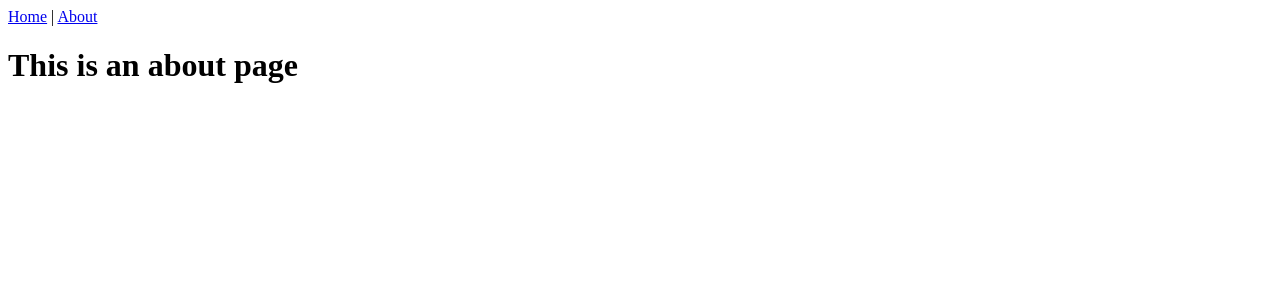
Repository: MDZZ-LBJ/vue-router
Page: /about
The author's editor kept a copy of each file at every save. The page is drawn from the files as they stood at one save, then again after the next save.
The browser window is 1280 px wide. The pictures show the whole page.
The project was rebuilt for these pictures with package versions that can differ from the ones it lists, and the page was loaded fresh each time. Also part of the build but not shown: src/views/Home.vue, src/router/index.js.

Above is the page before, as saved 2020-12-14 09:59:27.

### src/App.vue
<template>
  <div id="app">
    <div id="nav">
      <router-link to="/">Home</router-link> |
      <router-link to="/about">About</router-link>
    </div>
    <router-view/>
  </div>
</template>

### src/views/About.vue
<template>
  <div class="about">
    <h1>This is an about page</h1>
    <router-link to="/abo"></router-link>
  </div>
</template>

Loaded but not shown: public/index.html (common file); src/main.js (common file)

After the next save:
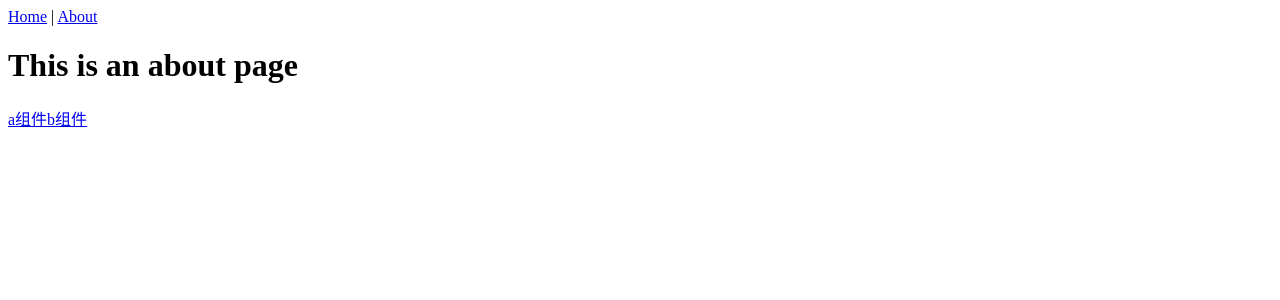
Saved 10 s later.
--- a/src/views/About.vue
+++ b/src/views/About.vue
@@ -1,6 +1,7 @@
 <template>
   <div class="about">
     <h1>This is an about page</h1>
-    <router-link to="/abo"></router-link>
+    <router-link to="/about/a">a组件</router-link>
+    <router-link to="/about/a">b组件</router-link>
   </div>
 </template>
